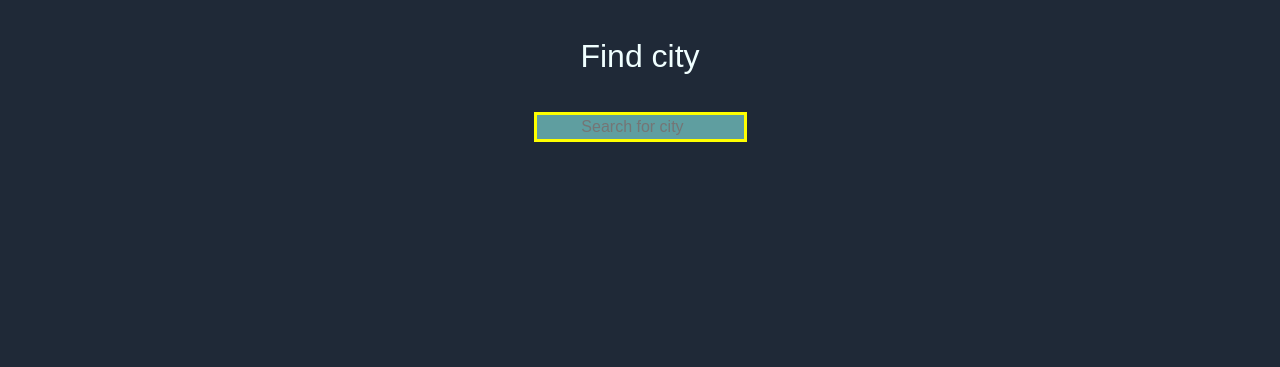
Repository: dung8466/Javascript30
Page: Pratice axios/index.html
The author's editor kept a copy of each file at every save. The page is drawn from the files as they stood at one save, then again after the next save.
The browser window is 1280 px wide. The pictures show the whole page.

Above is the page before, as saved 2022-07-20 16:13:23.

After the next save:
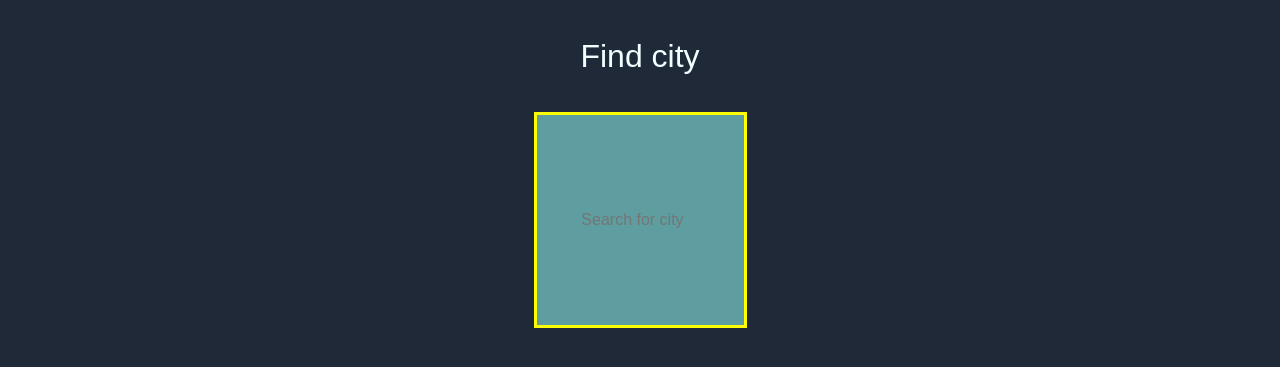
Saved 14 s later.
--- a/Pratice axios/style.css
+++ b/Pratice axios/style.css
@@ -29,4 +29,5 @@ header{
     text-align: center;
     border: 3px solid yellow;
     background-color: cadetblue;
+    min-height: 30vh;
 }
